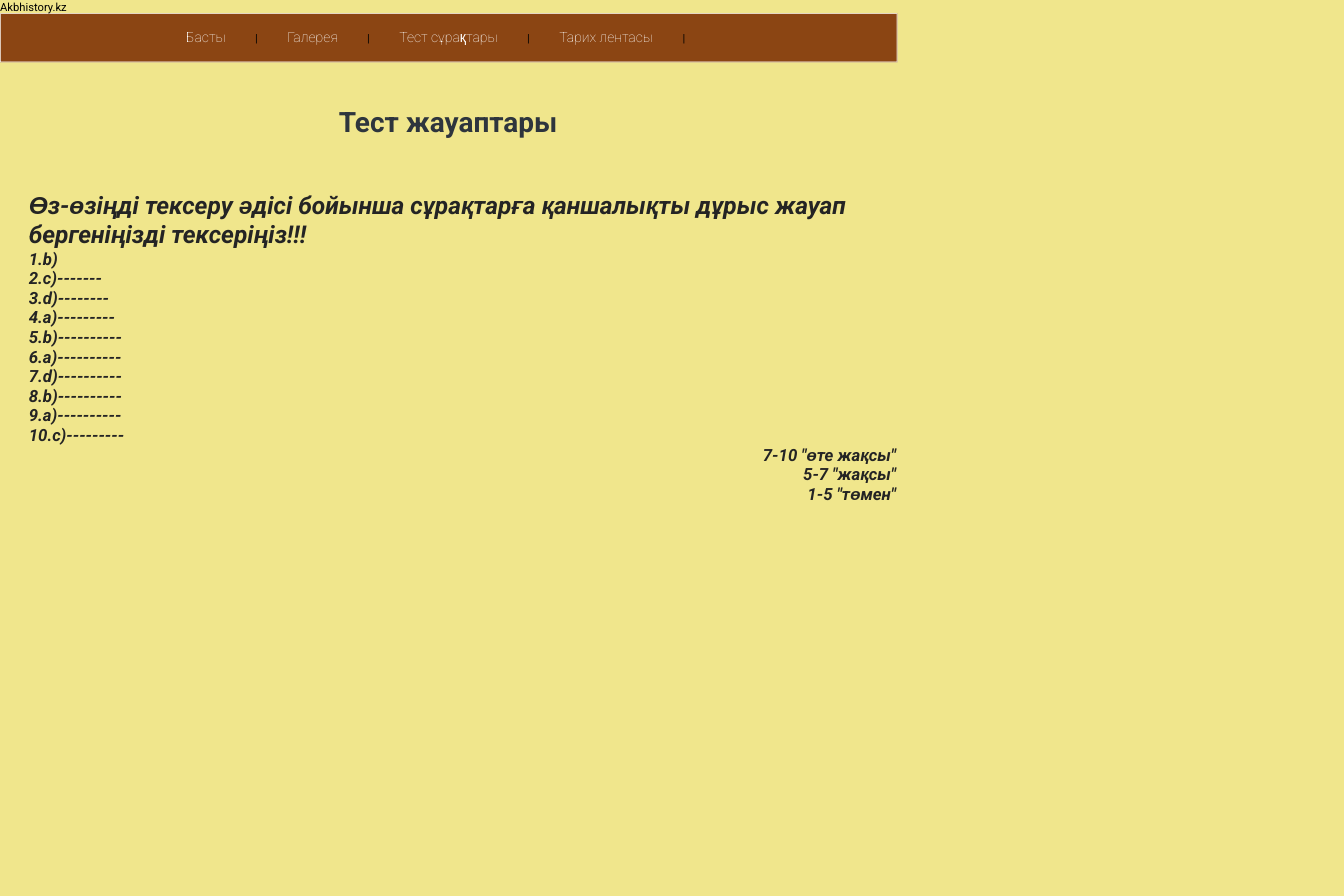
Repository: D4r1na/Akbhistorykz.kz.github.io
Page: 8.html
The author's editor kept a record of every edit. The page is drawn from the files as they stood at one moment, then again after the next edit.
The browser window is 1280 px wide. The page is 1920 px wide, so the pictures cover 1920 px, including what lies to the right of the window. The pictures show the part of the page from y = 0 to 1280 px (the page is 2362 px tall), at 70% of full size.

Above is the page before.

After the next edit:
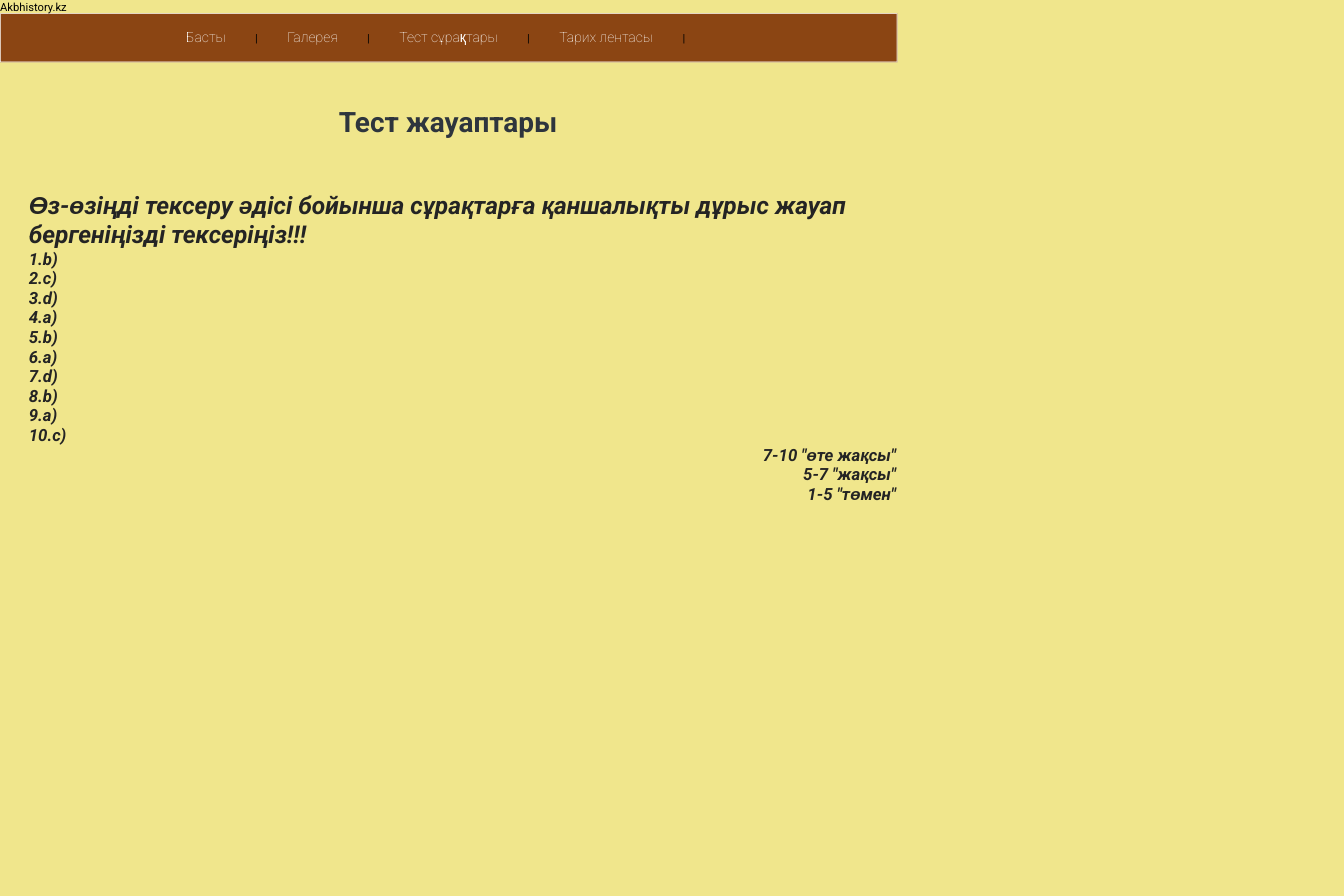
The edit:
--- a/8.html
+++ b/8.html
@@ -20,15 +20,15 @@
 	  <h3><b><i>Өз-өзіңді тексеру әдісі бойынша сұрақтарға қаншалықты дұрыс жауап бергеніңізді тексеріңіз!!!   </b>
 		    <h5>
 		        <div>1.b) </div>
-		         <div>2.c)-------</div>
-		         <div>3.d)--------</div>
-		          <div>4.a)---------</div>
-		           <div>5.b)----------</div>
-		            <div>6.a)----------</div>
-		             <div>7.d)----------</div>
-		              <div>8.b)----------</div>
-		               <div>9.a)----------</div>
-		                <div>10.с)---------</div>
+		         <div>2.c)</div>
+		         <div>3.d)</div>
+		          <div>4.a)</div>
+		           <div>5.b)</div>
+		            <div>6.a)</div>
+		             <div>7.d)</div>
+		              <div>8.b)</div>
+		               <div>9.a)</div>
+		                <div>10.с)</div>
 		                  <div align="right"> 7-10 "өте жақсы"</div>
 		                   <div align="right"> 5-7 "жақсы"</div>
 		                <div align="right"> 1-5 "төмен"
